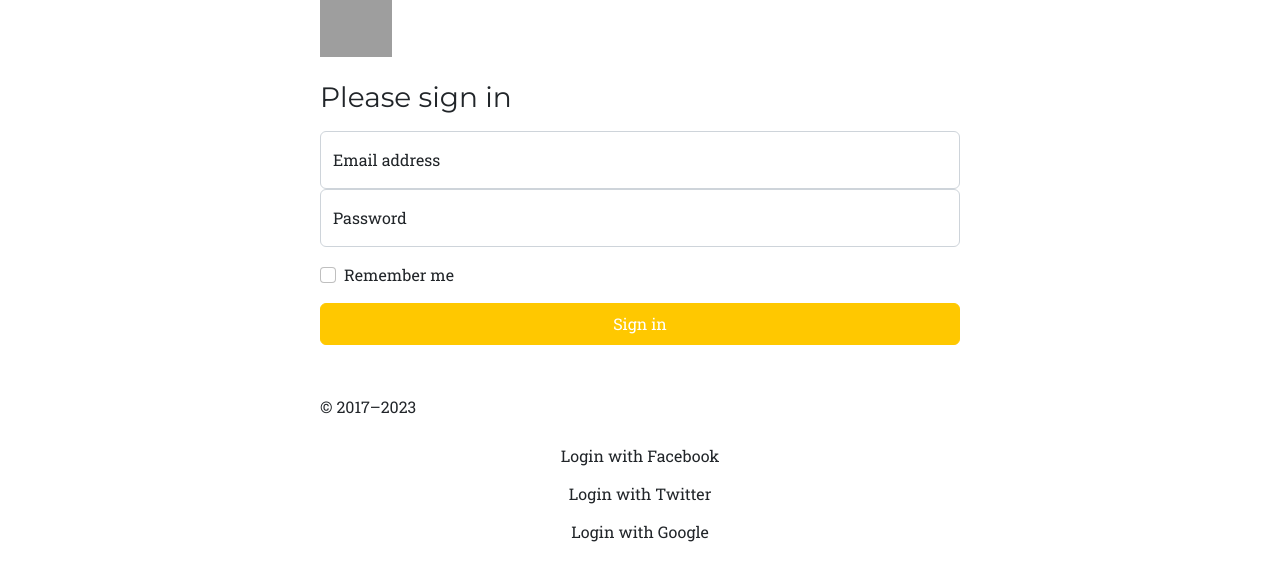
Repository: aquilesascar/TCC_1
Page: Tela Inicial/html/loginteste.html
These files come from the project's save history. The page is drawn as it stood at one moment and after the next save; the edit follows.
The browser window is 1280 px wide. The pictures show the whole page.
Pictures or frames that could not be fetched are drawn as grey boxes. Some icons come from a web library that is not loaded, so they are not drawn. Some web libraries are served in a nearby version.

Above is the page before, as saved 2023-07-10 13:49:09.

After the next save:
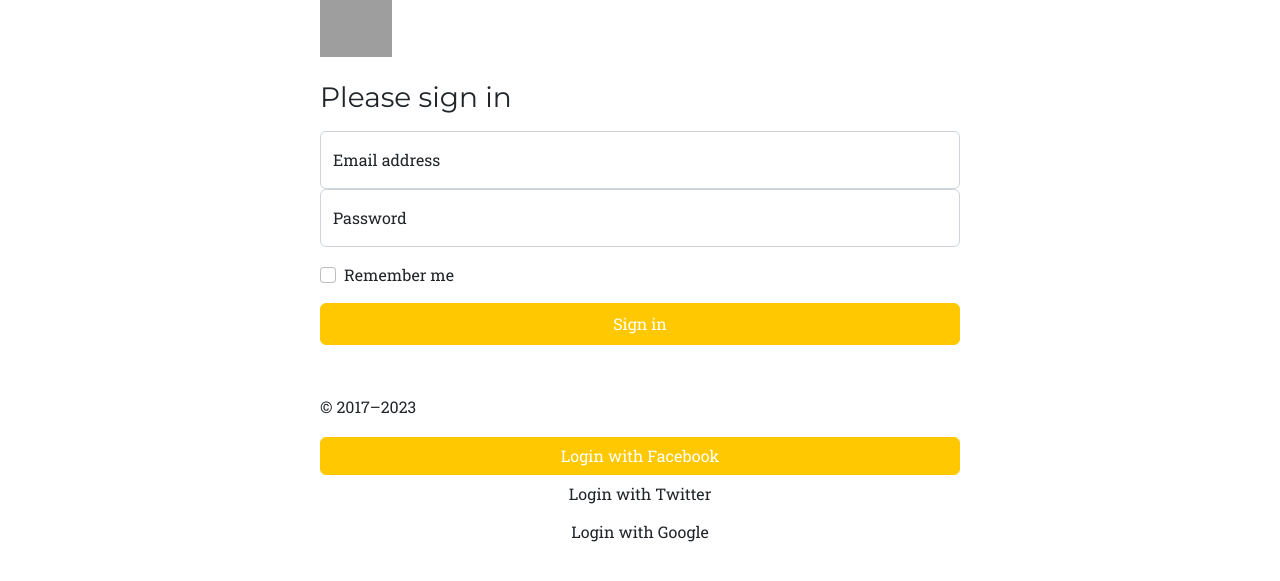
Saved 10 s later.
--- a/Tela Inicial/html/loginteste.html
+++ b/Tela Inicial/html/loginteste.html
@@ -50,7 +50,7 @@
         </form>
 
         <div class="social-login">
-            <a href="#" class="facebook btn btn d-flex justify-content-center align-items-center">
+            <a href="#" class="facebook btn btn-primary d-flex justify-content-center align-items-center">
               <span class="icon-facebook mr-3"></span> Login with Facebook
             </a>
             <a href="#" class="twitter btn d-flex justify-content-center align-items-center">
